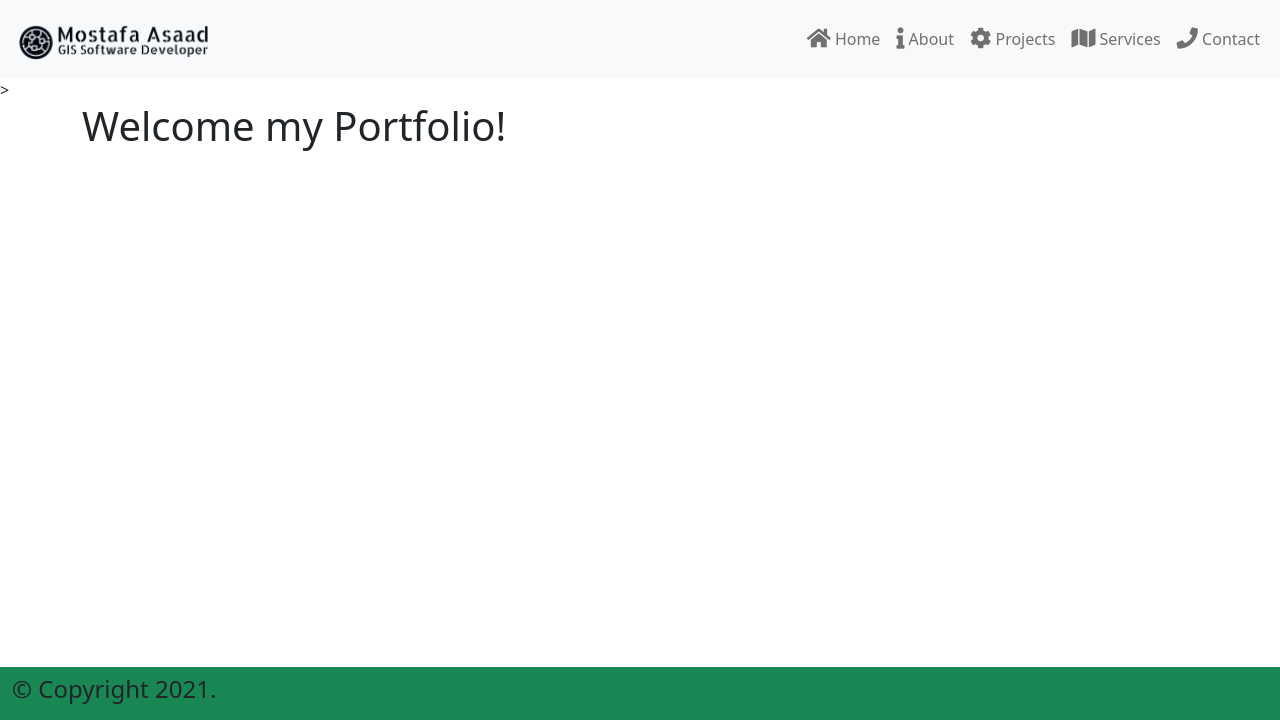
Repository: Mostafa-Asaad/Portfolio
Page: http://localhost/
An editor plug-in stored every save of this project. The page is shown before and after the next save, followed by the edit.
The browser window is 1280 px wide. The pictures show the whole page.
The page is served by the project's Node server (index.js). Other server files are loaded and not shown.

Above is the page before, as saved 2021-06-04 19:05:22.

### Server/Views/index.ejs
<!DOCTYPE html>
<html lang="en">
<head>
  <meta charset="UTF-8">
  <meta http-equiv="X-UA-Compatible" content="IE=edge">
  <meta name="viewport" content="width=device-width, initial-scale=1.0">
  <title><%= title %></title>
  <!-- CSS Section -->
  <link rel="stylesheet" href="/bootstrap/dist/css/bootstrap.min.css">
  <link rel="stylesheet" href="/@fortawesome/fontawesome-free/css/all.min.css">
  <link rel="stylesheet" href="/Content/app.css">
</head>
<body>
  <!-- Navigation Section -->
 <header>
  <%- include('./components/header.ejs') %>
 </header>

  <!--Main Content-->>
  <main>
    <%- include('./content/' + page + '.ejs') %>
  </main>

  <!-- Bottom Nav -->
  <footer>
    <%- include('./components/footer.ejs') %>
  </footer>

  <!-- JavaScript Section -->
  <script src="/jquery/dist/jquery.min.js"></script>
  <script src="/bootstrap/dist/js/bootstrap.min.js"></script>
  <script src="/Scripts/app.js"></script>
</body>
</html>

### Server/Views/components/header.ejs
<nav class="navbar navbar-expand-lg navbar-light bg-light">
    <div class="container-fluid">
      <a class="navbar-brand" href="/home"><img src="/Assets/images/Logo.png" width="200"></a>
      <button class="navbar-toggler" type="button" data-bs-toggle="collapse" data-bs-target="#navbarSupportedContent" aria-controls="navbarSupportedContent" aria-expanded="false" aria-label="Toggle navigation">
        <span class="navbar-toggler-icon"></span>
      </button>
      <div class="collapse navbar-collapse" id="navbarSupportedContent">
        <ul class="navbar-nav ms-auto mb-2 mb-lg-0">
          <li class="nav-item">
            <a class="nav-link" href="/home"><i class="fas fa-home fa-lg"></i> Home</a>
          </li>
          <li class="nav-item">
            <a class="nav-link" href="/about"><i class="fas fa-info fa-lg"></i> About</a>
          </li>
          <li class="nav-item">
            <a class="nav-link" href="/projects"><i class="fas fa-cog fa-lg"></i> Projects</a>
          </li>
          <li class="nav-item">
            <a class="nav-link" href="/services"><i class="fas fa-map fa-lg"></i> Services</a>
          </li>
          <li class="nav-item">
            <a class="nav-link" href="/contact"><i class="fas fa-phone fa-lg"></i> Contact</a>
          </li>
        </ul>
      </div>
    </div>
  </nav>

### Server/Views/content/home.ejs
<div class="container">
    <h1>Welcome my Portfolio!</h1>
</div>

### Server/Views/components/footer.ejs
<nav class="navbar fixed-bottom navbar-success bg-success">
    <div class="container-fluid">
      <h4>&copy; Copyright 2021.</h4>
    </div>
  </nav>

### index.js
#!/usr/bin/env node
"use strict";
var __importDefault = (this && this.__importDefault) || function (mod) {
    return (mod && mod.__esModule) ? mod : { "default": mod };
};
Object.defineProperty(exports, "__esModule", { value: true });
const app_1 = __importDefault(require("./Server/Config/app"));
const debug_1 = __importDefault(require("debug"));
debug_1.default('week-4d:server');
const http_1 = __importDefault(require("http"));
let port = normalizePort(process.env.PORT || '3000');
app_1.default.set('port', port);
let server = http_1.default.createServer(app_1.default);
server.listen(port);
server.on('error', onError);
server.on('listening', onListening);
function normalizePort(val) {
    let port = parseInt(val, 10);
    if (isNaN(port)) {
        return val;
    }
    if (port >= 0) {
        return port;
    }
    return false;
}
function onError(error) {
    if (error.syscall !== 'listen') {
        throw error;
    }
    var bind = typeof port === 'string'
        ? 'Pipe ' + port
        : 'Port ' + port;
    switch (error.code) {
        case 'EACCES':
            console.error(bind + ' requires elevated privileges');
            process.exit(1);
            break;
        case 'EADDRINUSE':
            console.error(bind + ' is already in use');
            process.exit(1);
            break;
        default:
            throw error;
    }
}
function onListening() {
    let addr = server.address();
    let bind = typeof addr === 'string'
        ? 'pipe ' + addr
        : 'port ' + addr.port;
    debug_1.default('Listening on ' + bind);
}
//# sourceMappingURL=index.js.map

### Server/Routes/index.js
"use strict";
var __importDefault = (this && this.__importDefault) || function (mod) {
    return (mod && mod.__esModule) ? mod : { "default": mod };
};
Object.defineProperty(exports, "__esModule", { value: true });
const express_1 = __importDefault(require("express"));
const router = express_1.default.Router();
exports.default = router;
router.get('/', function (req, res, next) {
    res.render('index', { title: 'Home', page: 'home' });
});
router.get('/home', function (req, res, next) {
    res.render('index', { title: 'Home', page: 'home' });
});
router.get('/about', function (req, res, next) {
    res.render('index', { title: 'About Me', page: 'about' });
});
router.get('/projects', function (req, res, next) {
    res.render('index', { title: 'My Projects', page: 'projects' });
});
router.get('/services', function (req, res, next) {
    res.render('index', { title: 'My Services', page: 'services' });
});
router.get('/contact', function (req, res, next) {
    res.render('index', { title: 'Contact me', page: 'contact' });
});
//# sourceMappingURL=index.js.map

### Client/Content/app.css
/* your custom css goes here */

### Client/Scripts/app.js
"use strict";
(function () {
    function Start() {
        console.log("App Started");
    }
    window.addEventListener("load", Start);
})();
//# sourceMappingURL=app.js.map

After the next save:
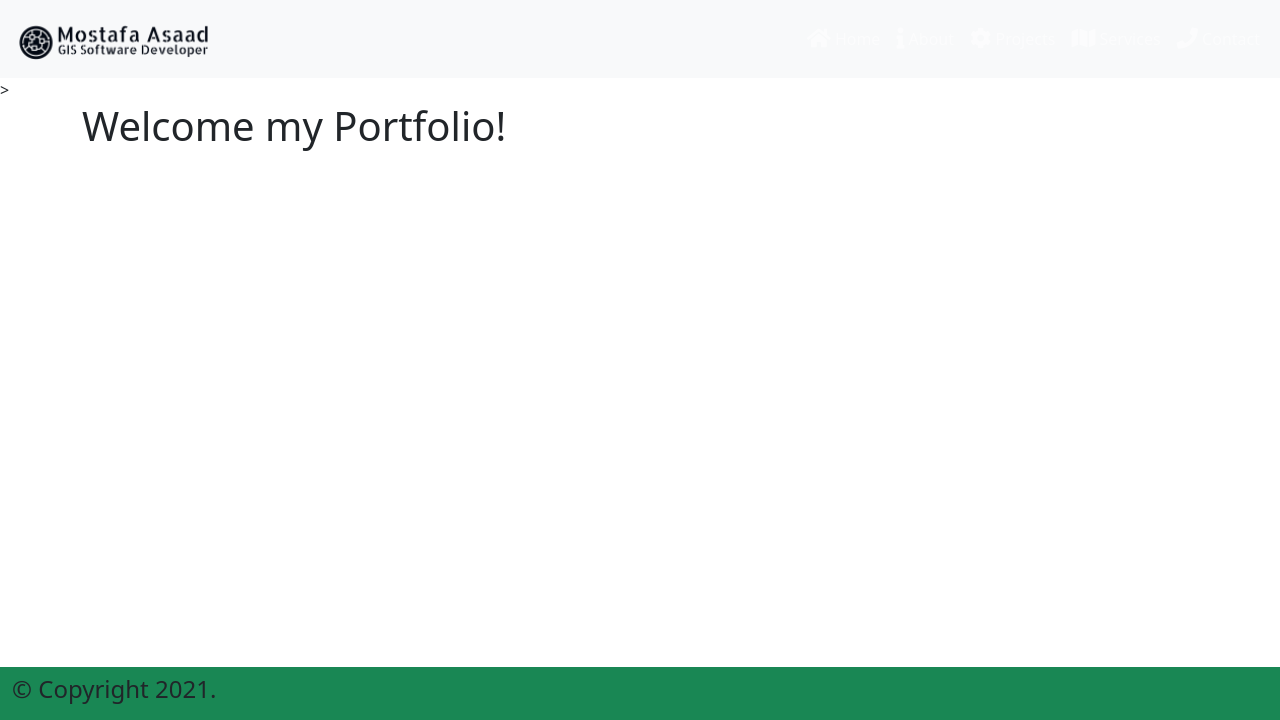
Saved 12 s later.
--- a/Server/Views/components/header.ejs
+++ b/Server/Views/components/header.ejs
@@ -1,4 +1,4 @@
-<nav class="navbar navbar-expand-lg navbar-light bg-light">
+<nav class="navbar navbar-expand-lg navbar-dark bg-light">
     <div class="container-fluid">
       <a class="navbar-brand" href="/home"><img src="/Assets/images/Logo.png" width="200"></a>
       <button class="navbar-toggler" type="button" data-bs-toggle="collapse" data-bs-target="#navbarSupportedContent" aria-controls="navbarSupportedContent" aria-expanded="false" aria-label="Toggle navigation">

After the save that followed:
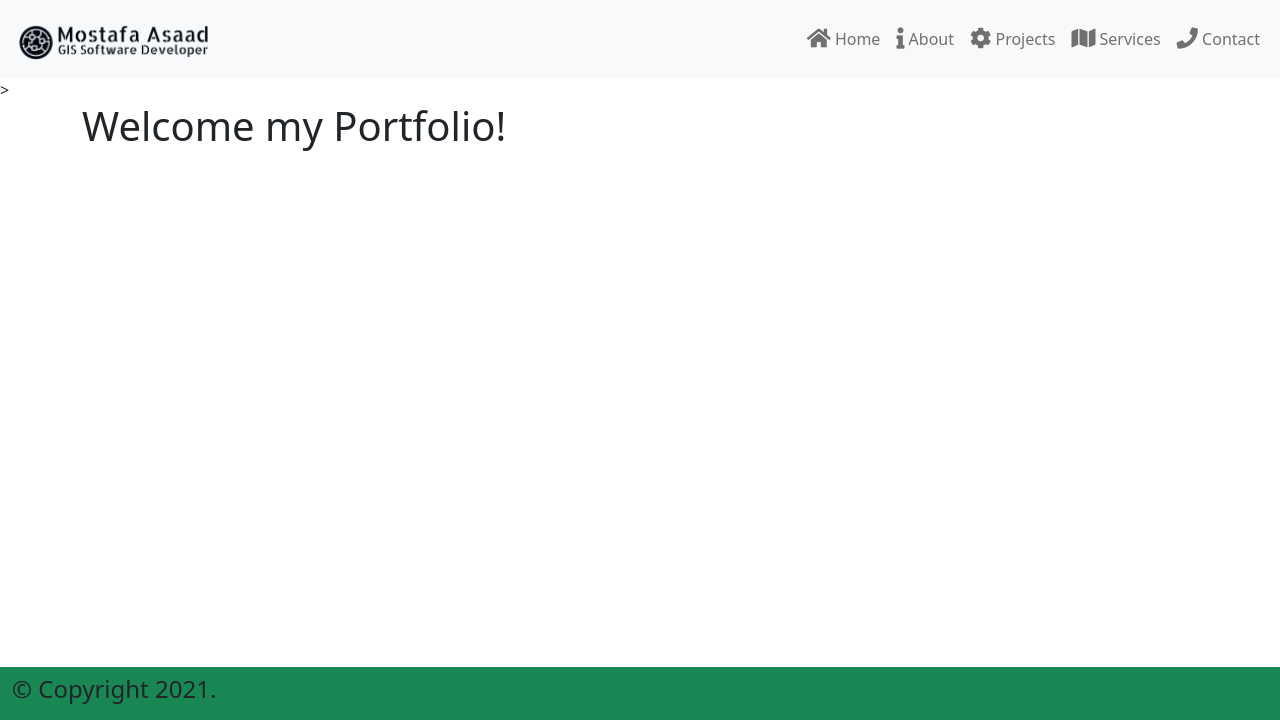
Saved 9 s later.
--- a/Server/Views/components/header.ejs
+++ b/Server/Views/components/header.ejs
@@ -1,4 +1,4 @@
-<nav class="navbar navbar-expand-lg navbar-dark bg-light">
+<nav class="navbar navbar-expand-lg navbar-light bg-light">
     <div class="container-fluid">
       <a class="navbar-brand" href="/home"><img src="/Assets/images/Logo.png" width="200"></a>
       <button class="navbar-toggler" type="button" data-bs-toggle="collapse" data-bs-target="#navbarSupportedContent" aria-controls="navbarSupportedContent" aria-expanded="false" aria-label="Toggle navigation">
